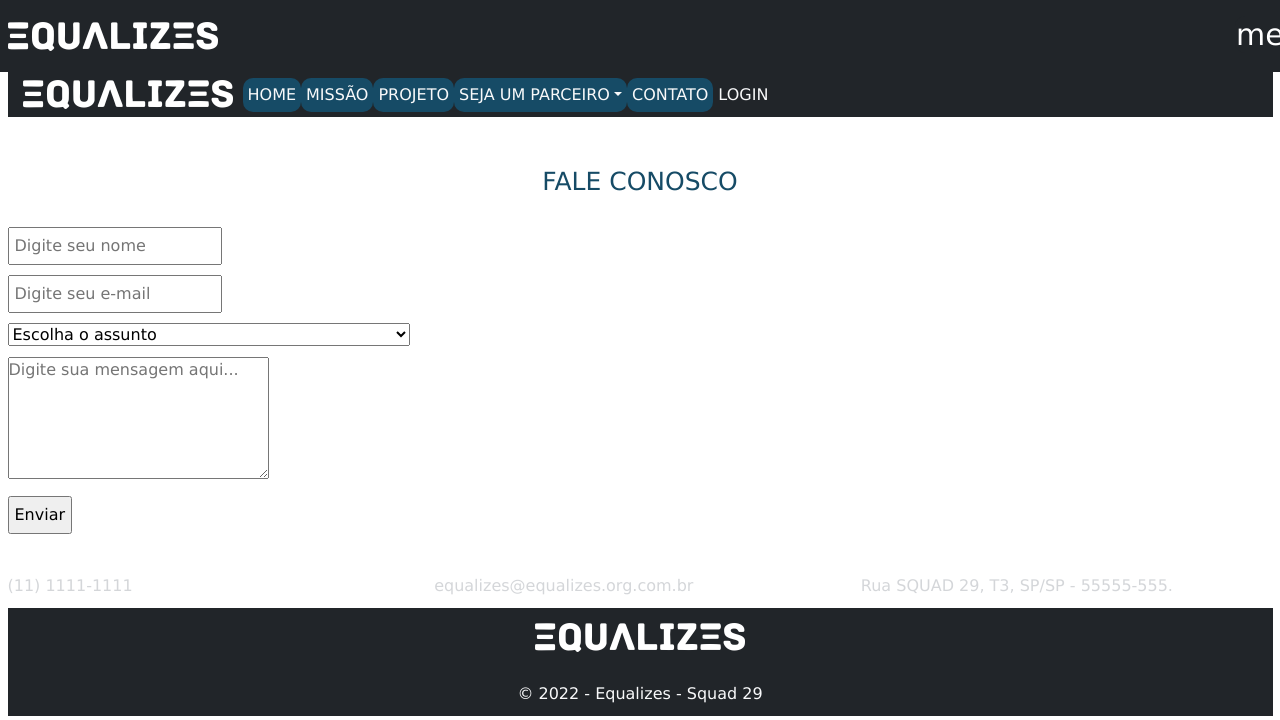
Repository: SQUAD29T3/-SpringEqualizesFinal
Page: http://localhost/admin/contato/editar
The author's editor kept a copy of each file at every save. The page is drawn from the files as they stood at one save, then again after the next save.
The browser window is 1280 px wide. The pictures show the whole page.
The page is this project's Thymeleaf template; nobody is signed in. The template is opened directly, without the code that normally fills it, so the values that code supplies are empty.

Above is the page before, as saved 2022-10-25 16:01:04.

After the next save:
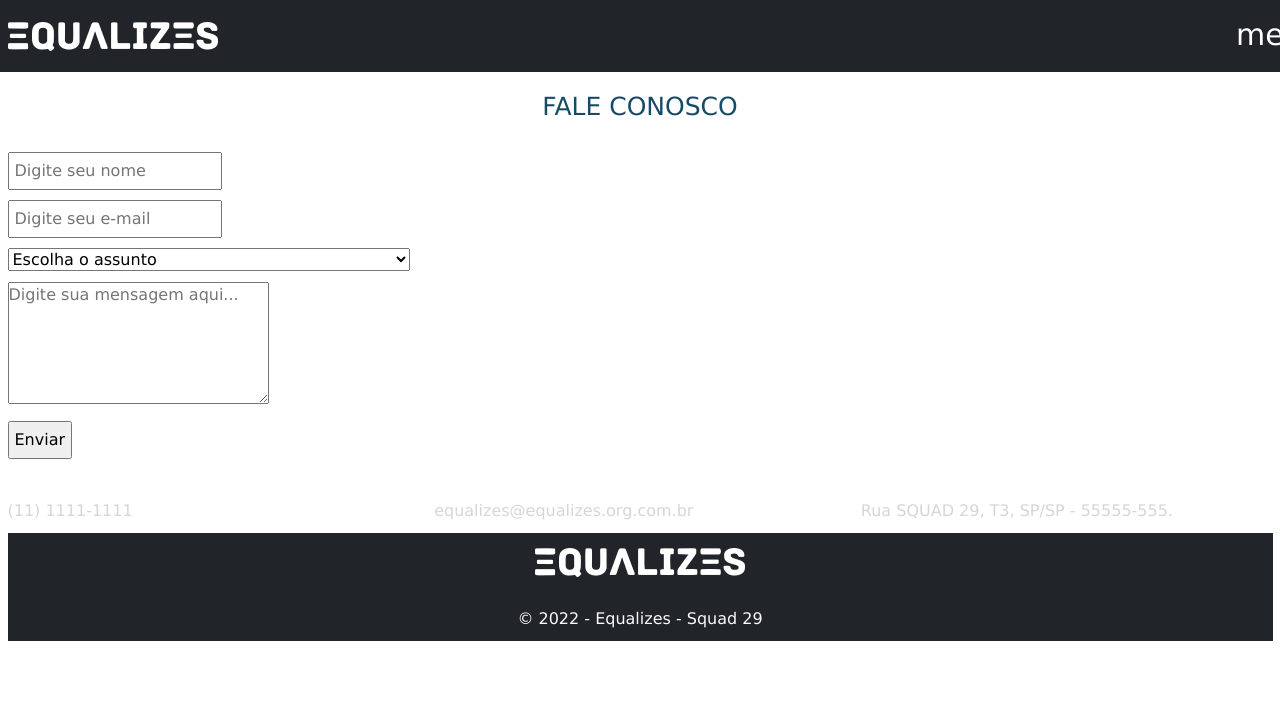
Saved 13 s later.
--- a/SpringEqualizes/src/main/resources/templates/admin/contato/editar.html
+++ b/SpringEqualizes/src/main/resources/templates/admin/contato/editar.html
@@ -109,71 +109,6 @@
 
 
 	<div class="container-fluid">
-
-		<!-- INÍCIO MENU -->
-
-		<div class="row">
-
-			<div class="col-12 mb-5">
-
-				<nav class="navbar navbar-expand-lg navbar-light bg-dark">
-					<div class="container-fluid">
-						<a class="navbar-brand" href="/">
-
-							<img th:src="@{/img/logo_equalizes_white.png}" alt="logo" class="logo">
-
-						</a>
-						<button class="navbar-toggler d-lg-none" type="button" data-bs-toggle="collapse"
-							data-bs-target="#collapsibleNavId" aria-controls="collapsibleNavId" aria-expanded="false"
-							aria-label="Toggle navigation" style="background-color: #164B66;">
-							<span class="navbar-toggler-icon"></span>
-						</button>
-						<div class="collapse navbar-collapse text-center" id="collapsibleNavId">
-							<ul class="navbar-nav me-auto mt-2 mt-lg-0">
-								<li class="nav-item active">
-									<a class="nav-link text-light btn-hover" href="/"> HOME <span
-											class="visually-hidden">(current)</span></a>
-								</li>
-								<li class="nav-item">
-									<a class="nav-link text-light btn-hover" href="/"> MISSÃO </a>
-								</li>
-								<li class="nav-item">
-									<a class="nav-link text-light btn-hover" href="/"> PROJETO </a>
-								</li>
-
-								<li class="nav-item dropdown">
-									<a class="nav-link dropdown-toggle text-light btn-hover" href="#" id="dropdownId"
-										data-bs-toggle="dropdown" aria-haspopup="true" aria-expanded="false">SEJA UM
-										PARCEIRO</a>
-									<div class="dropdown-menu" aria-labelledby="dropdownId">
-										<a class="dropdown-item text-center btn-hover"
-											href="/cadastroEscola">ESCOLAS</a>
-
-										<hr class="dropdown-divider">
-
-										<a class="dropdown-item text-center btn-hover"
-											href="/cadastroEmpresa">EMPRESAS</a>
-									</div>
-								</li>
-
-								<li class="nav-item">
-									<a class="nav-link text-light btn-hover" href="#"> CONTATO </a>
-								</li>
-								<li class="nav-item">
-									<a class="nav-link text-light btn-login float-right" href="/login"> LOGIN </a>
-								</li>
-
-							</ul>
-
-						</div>
-					</div>
-				</nav>
-
-			</div>
-
-		</div>
-
-		<!-- FIM MENU -->
 
 
 		<!-- INÍCIO CONTATOS -->
